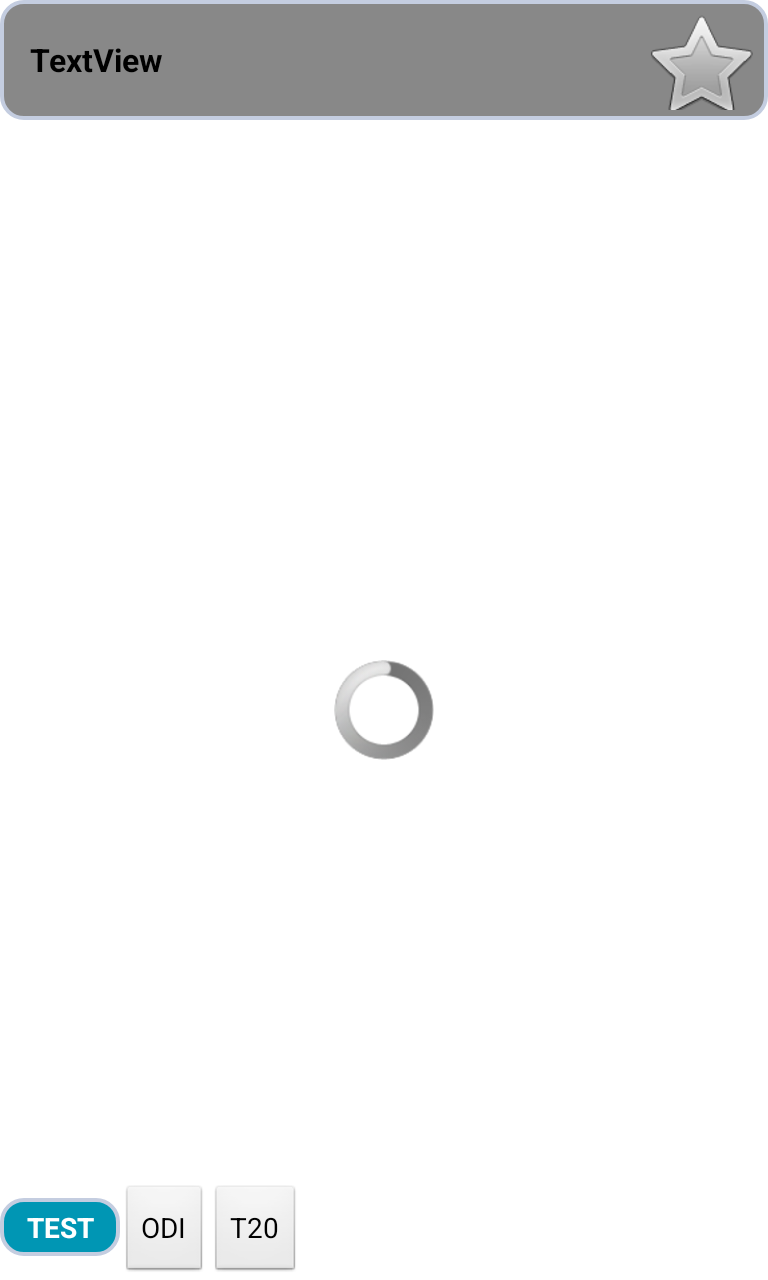
Repository: vinothsridhar/CrickBuzzChallenge
Layout: CricBuzzAndroidApp/res/layout/activity_playerprofile.xml
The author's editor kept a copy of each file at every save. The layout is drawn from the files as they stood at one save, then again after the next save.
It is drawn on a 768 x 1280 px phone screen (xhdpi) without system bars, with theme AppTheme; the app's code is not run.

Above is the layout before, as saved 2014-12-20 14:37:07.

### CricBuzzAndroidApp/res/layout/activity_playerprofile.xml
<RelativeLayout xmlns:android="http://schemas.android.com/apk/res/android"
    xmlns:tools="http://schemas.android.com/tools"
    android:layout_width="match_parent"
    android:layout_height="match_parent" >

    <include
        android:id="@+id/topItem"
        layout="@layout/playlist_item" />

    <RelativeLayout
        android:layout_width="fill_parent"
        android:layout_height="fill_parent"
        android:layout_below="@+id/topItem" >

        <ProgressBar
            android:id="@+id/profileProgress"
            android:layout_width="50dp"
            android:layout_height="50dp"
            android:layout_centerInParent="true" />

        <RelativeLayout
            android:id="@+id/profileInfo"
            android:layout_width="fill_parent"
            android:layout_height="fill_parent"
            android:orientation="vertical" >

            <LinearLayout
                android:layout_width="match_parent"
                android:layout_height="wrap_content"
                android:layout_alignParentBottom="true"
                android:orientation="horizontal" >

                <Button
                    android:id="@+id/test"
                    android:layout_width="wrap_content"
                    android:layout_height="wrap_content"
                    style="@style/Button"
                    android:text="@string/test_text" />

                <Button
                    android:id="@+id/odi"
                    android:layout_width="wrap_content"
                    android:layout_height="wrap_content"
                    android:text="@string/odi_text" />

                <Button
                    android:id="@+id/t20"
                    android:layout_width="wrap_content"
                    android:layout_height="wrap_content"
                    android:text="@string/t20_text" />

            </LinearLayout>
        </RelativeLayout>
    </RelativeLayout>

</RelativeLayout>

### CricBuzzAndroidApp/res/values/styles.xml
<resources xmlns:android="http://schemas.android.com/apk/res/android">
    <style name="AppBaseTheme" parent="@android:style/Theme.Light.NoTitleBar">
    </style>

    <style name="AppTheme" parent="AppBaseTheme">
    </style>

    <style name="BoldText">
        <item name="android:textSize">@dimen/medium_text</item>
        <item name="android:textStyle">bold</item>
        <item name="android:padding">5dp</item>
    </style>

    <style name="TitleText">
        <item name="android:textSize">@dimen/big_text</item>
        <item name="android:background">@color/black</item>
        <item name="android:textColor">@color/white</item>
        <item name="android:textStyle">bold</item>
        <item name="android:gravity">center_vertical</item>
        <item name="android:padding">5dp</item>
    </style>

    <style name="TitleIcon" parent="@android:style/Widget.TabWidget">
        <item name="android:gravity">center_vertical</item>
        <item name="android:background">@drawable/tab_holo</item>
        <item name="android:paddingLeft">5dp</item>
        <item name="android:paddingRight">5dp</item>
    </style>

    <style name="TotalText" parent="BoldText">
        <item name="android:textColor">@color/black</item>
        <item name="android:background">@color/yellow</item>
        <item name="android:weightSum">2</item>
        <item name="android:gravity">center</item>
    </style>

    <style name="PlayerNameText">
        <item name="android:textColor">@color/black</item>
        <item name="android:textSize">@dimen/big_text</item>
        <item name="android:paddingLeft">10dp</item>
        <item name="android:textStyle">bold</item>
    </style>

    <style name="Button">
        <item name="android:width">60dp</item>
        <item name="android:textColor">@color/white</item>
        <item name="android:textSize">@dimen/medium_text</item>
        <item name="android:padding">5dp</item>
        <item name="android:textStyle">bold</item>
        <item name="android:background">@drawable/button_item</item>
    </style>

</resources>

### CricBuzzAndroidApp/res/layout/playlist_item.xml
<?xml version="1.0" encoding="utf-8"?>
<LinearLayout xmlns:android="http://schemas.android.com/apk/res/android"
    android:layout_width="match_parent"
    android:layout_height="60dp"
    android:layout_gravity="center_vertical"
    android:gravity="center_vertical"
    android:background="@drawable/playerlistitem"
    android:layout_marginBottom="10dp"
    android:clickable="true"
    android:orientation="horizontal" >

    <TextView
        android:id="@+id/playerName"
        android:layout_width="fill_parent"
        android:layout_height="wrap_content"
        android:layout_weight="1"
        style="@style/PlayerNameText"
        android:text="TextView" />

    <RatingBar
        android:id="@+id/ratingBar1"
        android:layout_width="wrap_content"
        android:layout_height="wrap_content"
        android:layout_weight="0"
        android:stepSize="1"
        android:numStars="1" />

</LinearLayout>

### CricBuzzAndroidApp/res/values/strings.xml
<?xml version="1.0" encoding="utf-8"?>
<resources>

    <string name="app_name">CricBuzzAndroidApp</string>
	<string name="loading_playlist_text">Loading Playlist</string>
	<string name="total_players_text">Total Players: %1$s</string>
	<string name="total_favorites_text">Favorites: %1$s</string>
	<string name="test_text">TEST</string>
	<string name="odi_text">ODI</string>
	<string name="t20_text">T20</string>
</resources>

### CricBuzzAndroidApp/res/values/colors.xml
<?xml version="1.0" encoding="utf-8"?>
<resources>
    <color name="black">#000000</color>
    <color name="white">#ffffff</color>
    <color name="yellow">#FFCC00</color>
</resources>

### CricBuzzAndroidApp/res/values/dimens.xml
<resources>

    <!-- Text sizes -->
    <dimen name="small_text">12sp</dimen>
    <dimen name="medium_text">14sp</dimen>
    <dimen name="big_text">16sp</dimen>

</resources>

### CricBuzzAndroidApp/res/drawable/button_item.xml
<?xml version="1.0" encoding="utf-8"?>
<selector xmlns:android="http://schemas.android.com/apk/res/android">

    <item android:state_pressed="true"><shape android:shape="rectangle">
            <solid android:color="#588687"></solid>

            <stroke android:width="2dp" android:color="#C4CDE0"></stroke>

            <padding android:bottom="5dp" android:left="5dp" android:right="5dp" android:top="5dp"></padding>

            <corners android:radius="11dp"></corners>
        </shape></item>
    <item android:state_pressed="false"><shape android:shape="rectangle">
            <solid android:color="#0096B4"></solid>

            <stroke android:width="2dp" android:color="#C4CDE0"></stroke>

            <padding android:bottom="5dp" android:left="5dp" android:right="5dp" android:top="5dp"></padding>

            <corners android:radius="11dp"></corners>
        </shape></item>

</selector>

### CricBuzzAndroidApp/res/drawable/playerlistitem.xml
<?xml version="1.0" encoding="utf-8"?>
<selector xmlns:android="http://schemas.android.com/apk/res/android">

    <item android:state_pressed="true"><shape android:shape="rectangle">
            <solid android:color="#588687"></solid>

            <stroke android:width="2dp" android:color="#C4CDE0"></stroke>

            <padding android:bottom="5dp" android:left="5dp" android:right="5dp" android:top="5dp"></padding>

            <corners android:radius="11dp"></corners>
        </shape></item>
    <item android:state_pressed="false"><shape android:shape="rectangle">
            <solid android:color="#888888"></solid>

            <stroke android:width="2dp" android:color="#C4CDE0"></stroke>

            <padding android:bottom="5dp" android:left="5dp" android:right="5dp" android:top="5dp"></padding>

            <corners android:radius="11dp"></corners>
        </shape></item>

</selector>

After the next save:
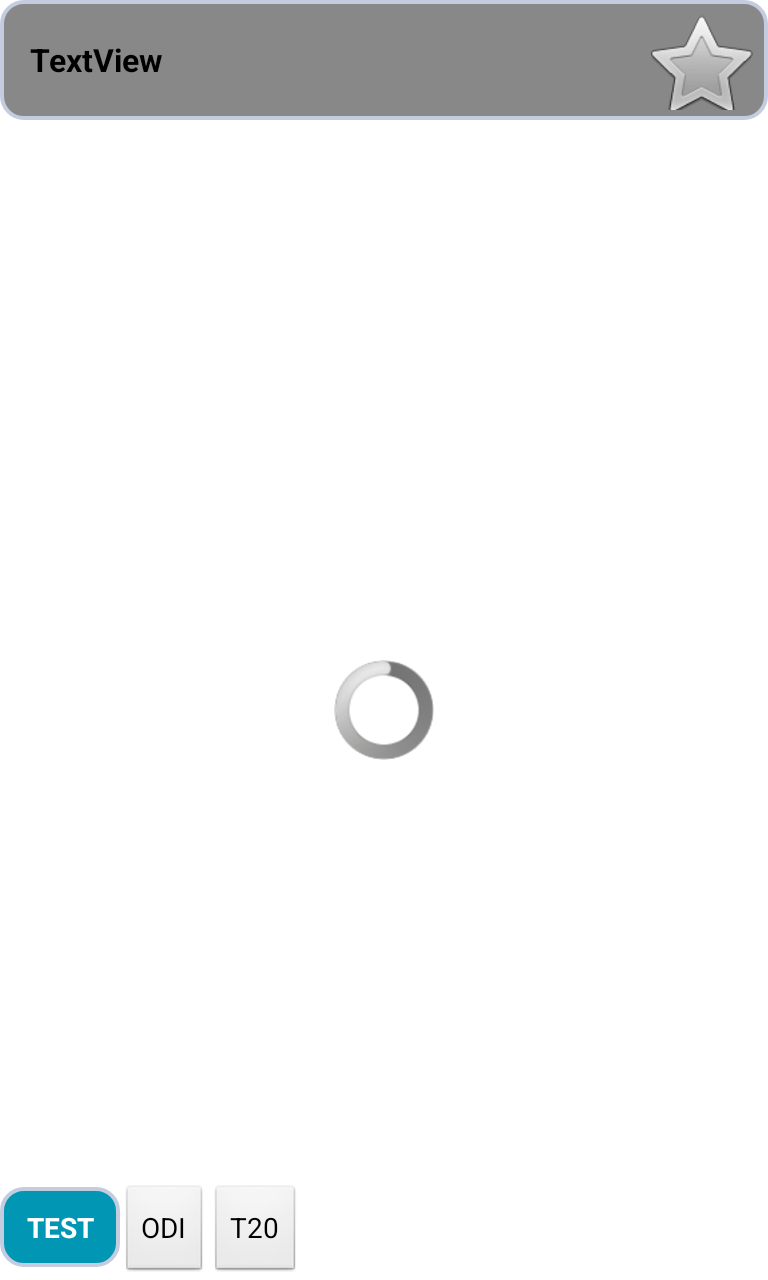
Saved 16 s later.
--- a/CricBuzzAndroidApp/res/values/styles.xml
+++ b/CricBuzzAndroidApp/res/values/styles.xml
@@ -43,6 +43,7 @@
 
     <style name="Button">
         <item name="android:width">60dp</item>
+        <item name="android:height">40dp</item>
         <item name="android:textColor">@color/white</item>
         <item name="android:textSize">@dimen/medium_text</item>
         <item name="android:padding">5dp</item>
